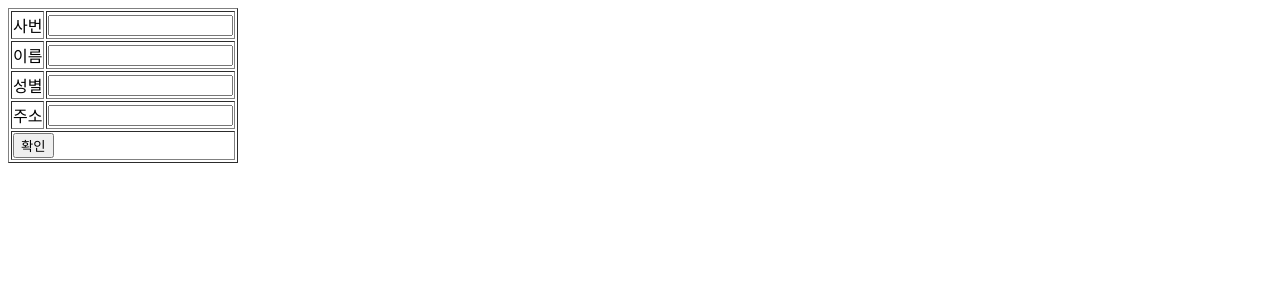
Repository: GeonyoungPark/pythonBasic
Page: HELLO_PYTHON/day10/templates/emp_mod.html
These files come from the project's save history. The page is drawn as it stood at one moment and after the next save; the edit follows.
The browser window is 1280 px wide. The pictures show the whole page.

Above is the page before, as saved 2022-07-06 23:28:15.

After the next save:
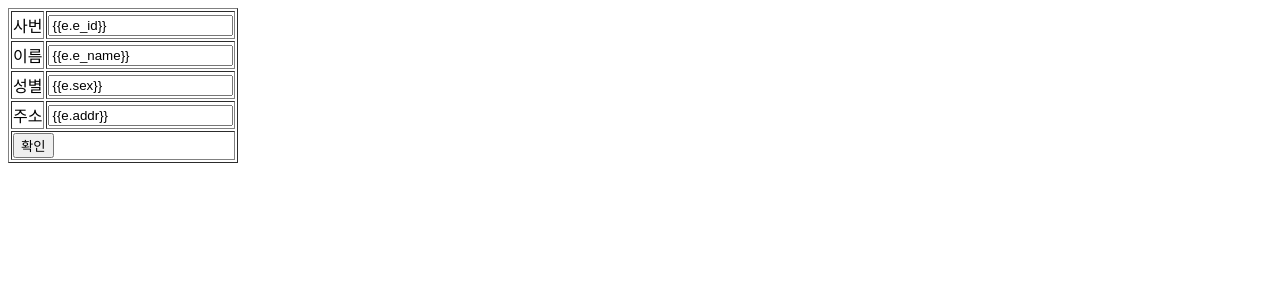
Saved 37 s later.
--- a/HELLO_PYTHON/day10/templates/emp_mod.html
+++ b/HELLO_PYTHON/day10/templates/emp_mod.html
@@ -14,20 +14,20 @@
 <table border=1px>
 <tr>
 	<td>사번</td>
-	<td><input type="text" value="" name="e_id"> </td>
+	<td><input type="text" value="{{e.e_id}}" name="e_id"> </td>
 </tr>
 
 <tr>
 	<td>이름</td>
-	<td><input type="text" value="" name="e_name"> </td>
+	<td><input type="text" value="{{e.e_name}}"  name="e_name"> </td>
 </tr>
 <tr>
 	<td>성별</td>
-	<td><input type="text" value="" name="sex"> </td>
+	<td><input type="text" value="{{e.sex}}"  name="sex"> </td>
 </tr>
 <tr>
 	<td>주소</td>
-	<td><input type="text" value="" name="addr"> </td>
+	<td><input type="text" value="{{e.addr}}"  name="addr"> </td>
 </tr>
 
 <tr>
